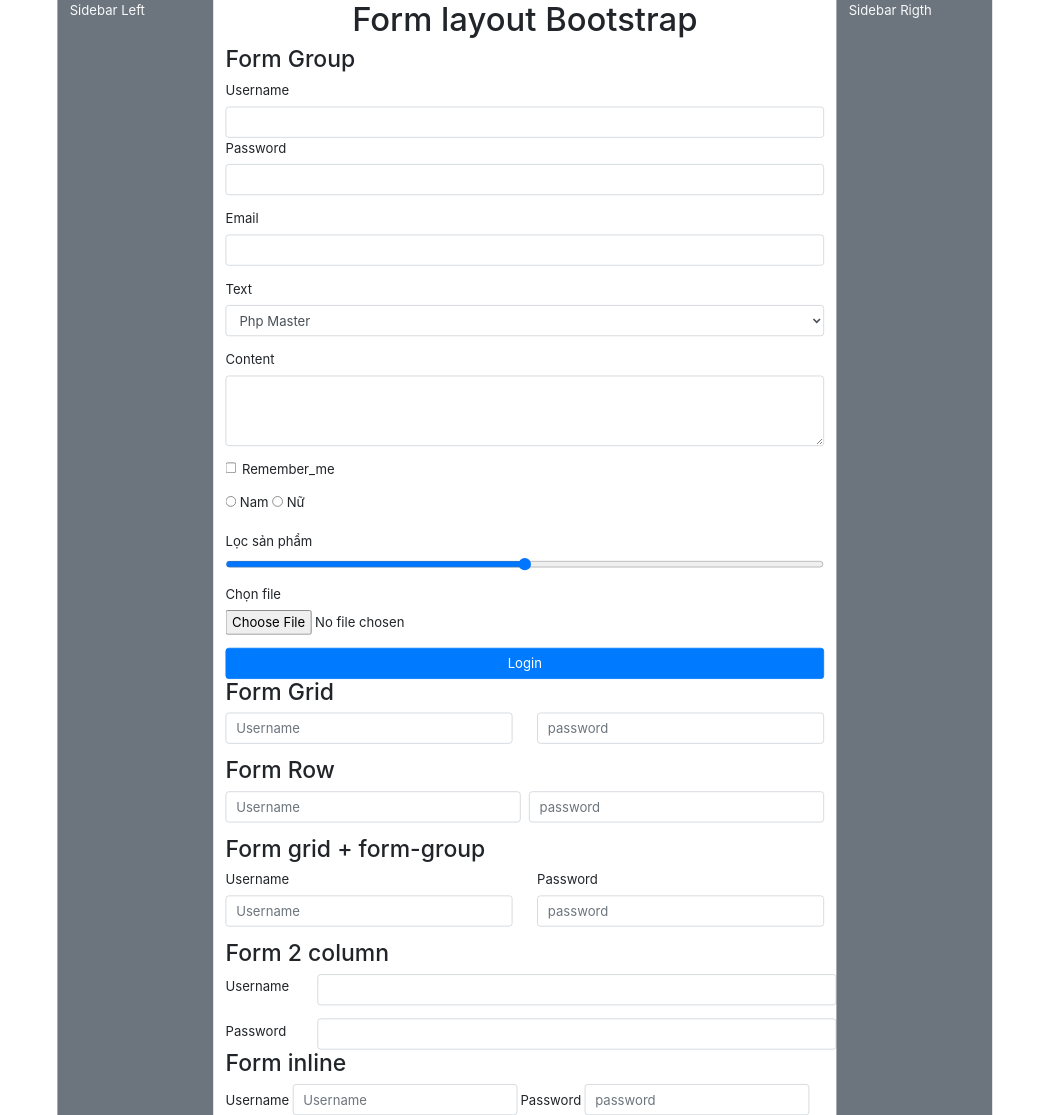
Repository: anhtu2110/front_end
Page: lesson/bootstrap/advance/5.12-form-layout.html
The author's editor kept a copy of each file at every save. The page is drawn from the files as they stood at one save, then again after the next save.
The browser window is 1280 px wide. The pictures show the whole page, at 82% of full size.

Above is the page before, as saved 2022-12-08 19:23:53.

After the next save:
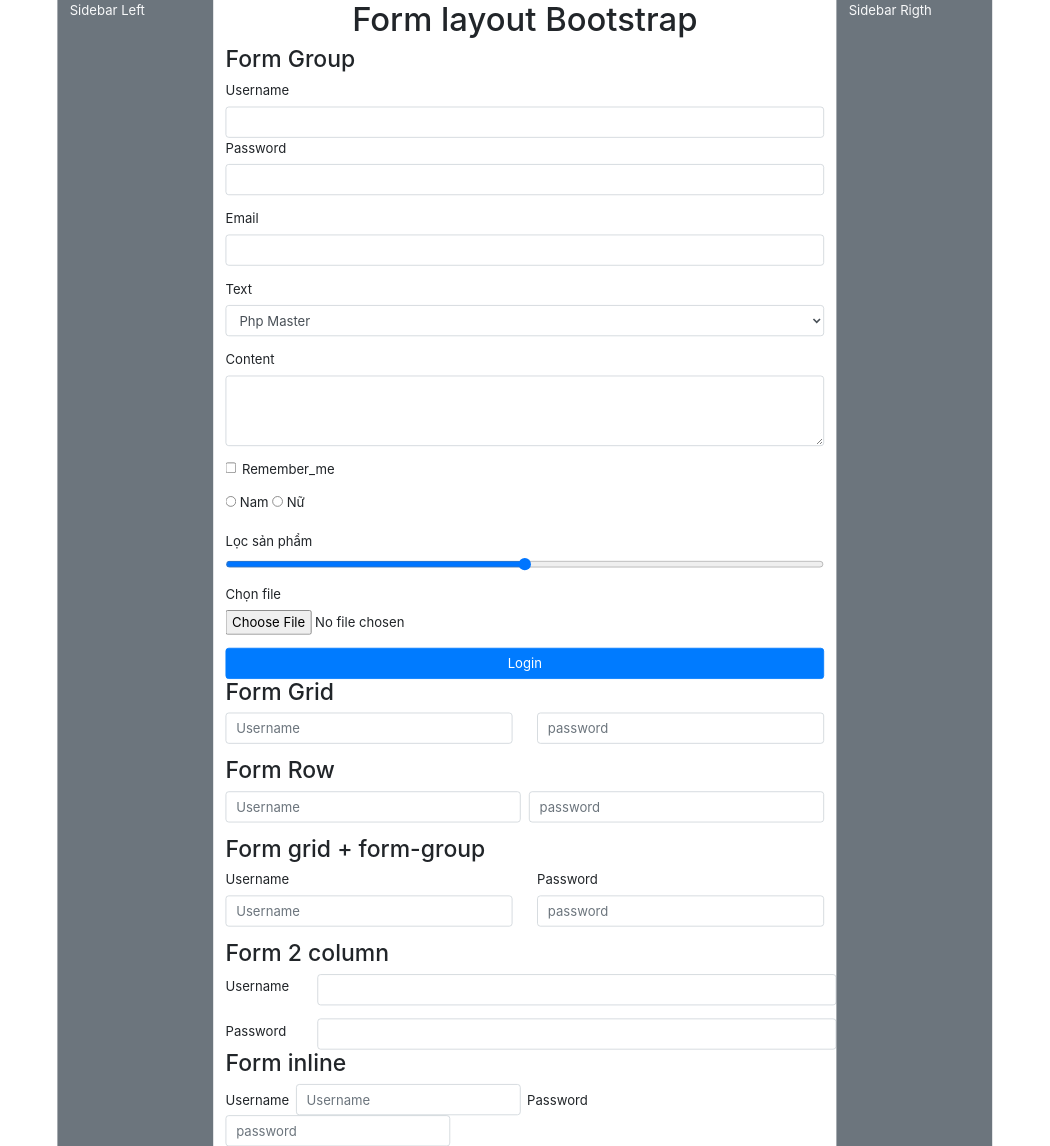
Saved 13 s later.
--- a/lesson/bootstrap/advance/5.12-form-layout.html
+++ b/lesson/bootstrap/advance/5.12-form-layout.html
@@ -119,10 +119,10 @@
                 </form>
                 <h3>Form inline</h3>
                 <form action="" class="form-inline">
-                    <label for="username_2" class="mr-sm-1">Username</label>
-                    <input id="username_2" class="form-control mr-sm-1" type="text" name="username" placeholder="Username">
-                    <label for="password_2" class="mr-sm-1">Password</label>
-                    <input id="password_2" class="form-control mr-sm-1" type="text" name="password" placeholder="password">
+                    <label for="username_2" class="mr-sm-2">Username</label>
+                    <input id="username_2" class="form-control mr-sm-2" type="text" name="username" placeholder="Username">
+                    <label for="password_2" class="mr-sm-2">Password</label>
+                    <input id="password_2" class="form-control mr-sm-2" type="text" name="password" placeholder="password">
                 </form>
             </div>
             </div>
